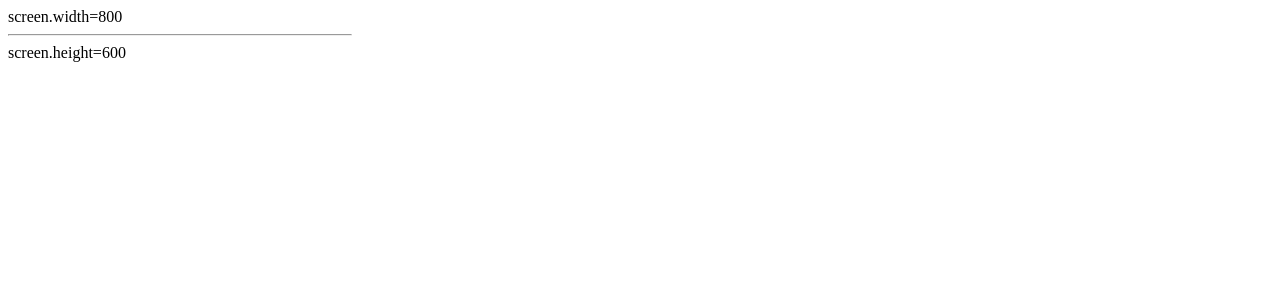
Repository: GrigoriyMo/stepthegame
Page: http://localhost/test.php
The author's editor kept a record of every edit. The page is drawn from the files as they stood at one moment, then again after the next edit.
The browser window is 1280 px wide. The pictures show the whole page.
The page is run by PHP 8.4 with error messages shown; the project is at /var/www/html/.

Above is the page before.

### test.php
<style>
html{
    width:360;
    height:640;
}
</style>
<meta charset="UTF-8">
<?php
/*
$arr = ["Windows Phone","Android","IOS","Windows Mobile"];
$a = $_SERVER['HTTP_USER_AGENT'];
            if(preg_match("~".implode("|",$arr)."~",$a)){
                    echo 'C телефона';
                }else {
                    echo 'С компа';
                }
                */
$screenWidth='<script type="text/javascript">document.write("screen.width="+screen.width);</script>';
echo$screenWidth."<hr>";
$screenHeight='<script type="text/javascript">document.write("screen.height="+screen.height);</script>';
echo$screenHeight;

After the next edit:
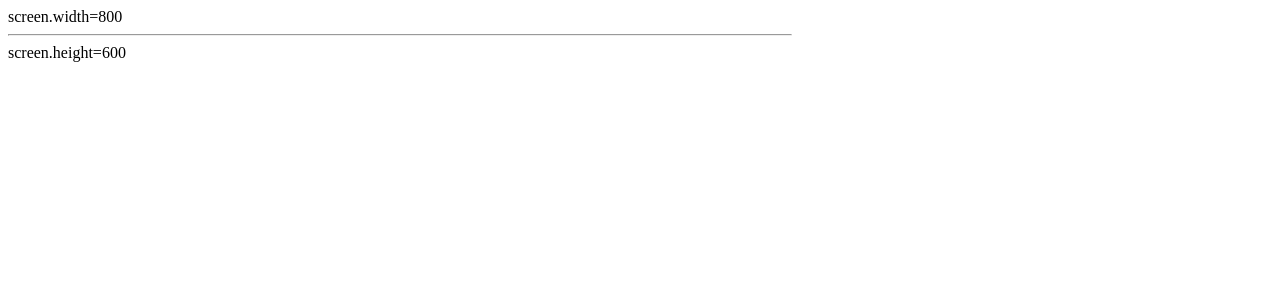
The edit:
--- a/test.php
+++ b/test.php
@@ -4,6 +4,10 @@
     height:640;
 }
 </style>
+<script>
+var a = document.getElementsByTagName('html')[0].style.width = screen.width;
+var b = document.getElementsByTagName('html')[0].style.height = screen.height;
+</script>
 <meta charset="UTF-8">
 <?php
 /*
